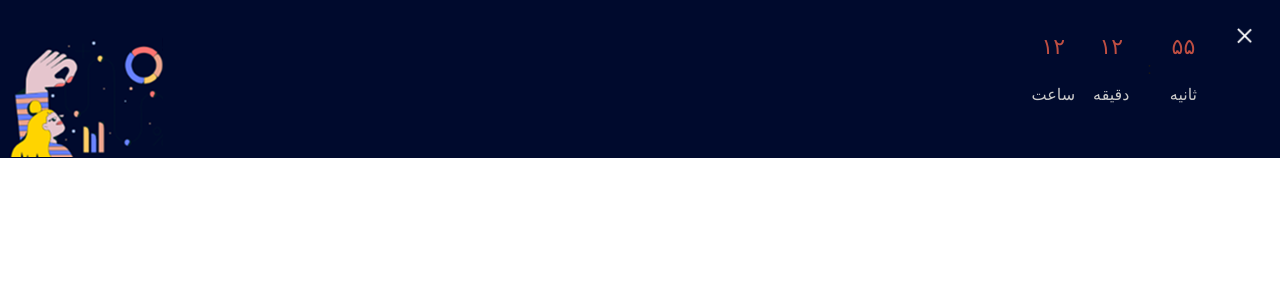
Repository: sinafath/fradars
Page: /
The author's editor kept a copy of each file at every save. The page is drawn from the files as they stood at one save, then again after a run of saves.
The browser window is 1280 px wide. The pictures show the whole page.
The project was rebuilt for these pictures with package versions that can differ from the ones it lists, and the page was loaded fresh each time. The framework's server and built-in components were replaced by stand-ins that run in the browser. Also part of the build but not shown: next.config.ts.

Above is the page before, as saved 2025-09-21 17:58:51.

After the next 2 saves:
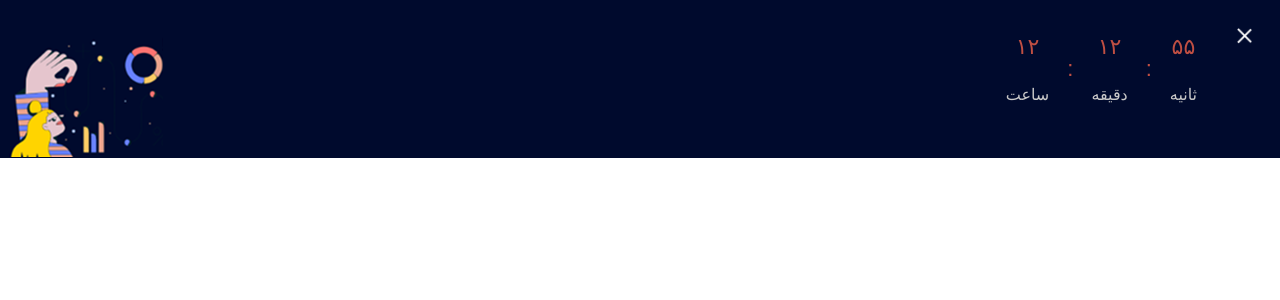
The 2 saves are shown as one change because they came seconds apart.
The last was saved 7 s later.
--- a/src/app/page.tsx
+++ b/src/app/page.tsx
@@ -26,11 +26,13 @@
           <span className="text-[22px] text-[#BF4F43]">۵۵</span>
           <span className="text-[#C9C9C9] text-[16px]">ثانیه</span>
         </Column >
-        <span>:</span>
+        <span  className="text-[22px] text-[#BF4F43]">:</span>
         <Column className="gap-[20px] text-center">
           <span className="text-[22px] text-[#BF4F43]">۱۲</span>
           <span className="text-[#C9C9C9] text-[16px]">دقیقه</span>
         </Column >
+                <span  className="text-[22px] text-[#BF4F43]">:</span>
+
         <Column className="gap-[20px] text-center">
           <span className="text-[22px] text-[#BF4F43]">۱۲</span>
           <span className="text-[#C9C9C9] text-[16px]">ساعت</span>
